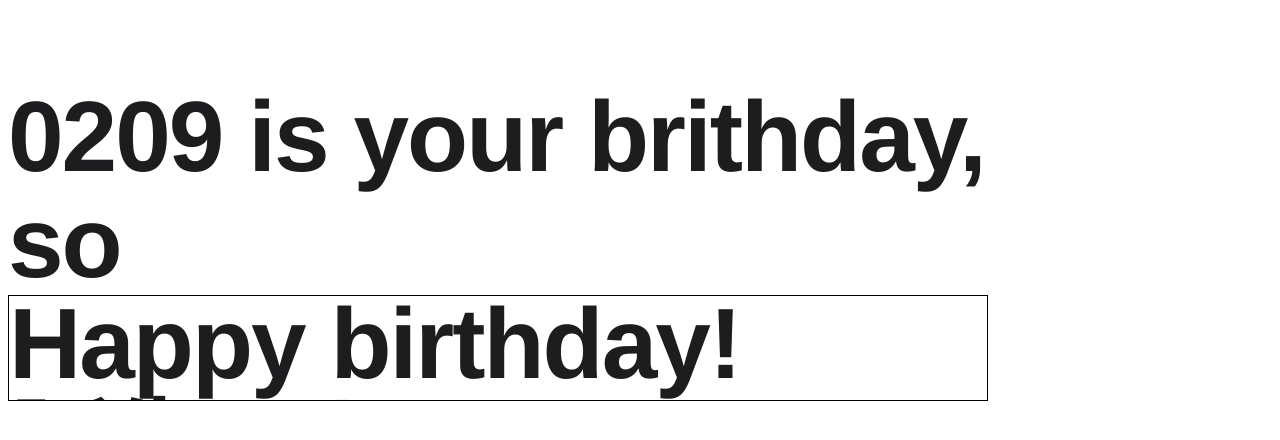
Repository: Caococos/02-09
Page: /
The author's editor kept a copy of each file at every save. The page is drawn from the files as they stood at one save, then again after the next save.
The browser window is 1280 px wide. The pictures show the whole page.
The project was rebuilt for these pictures with package versions that can differ from the ones it lists, and the page was loaded fresh each time. Also part of the build but not shown: vue.config.js.

Above is the page before, as saved 2021-06-11 21:53:47.

### src/App.vue
<!--
 * @Descripttion:
 * @version: 1.0
 * @Author: Zhihaot1
 * @Date: 2021-06-11 21:03:51
 * @LastEditors: Zhihaot1
 * @LastEditTime: 2021-06-11 21:30:25
-->
<template>
  <div id="app">
    <router-view />
  </div>
</template>

<style>
</style>

### src/router/index.js
/*
 * @Descripttion:
 * @version: 1.0
 * @Author: Zhihaot1
 * @Date: 2021-06-11 21:03:51
 * @LastEditors: Zhihaot1
 * @LastEditTime: 2021-06-11 21:34:08
 */
import Vue from 'vue'
import VueRouter from 'vue-router'
import Home from 'views/home/Home.vue'

Vue.use(VueRouter)

const routes = [
  {
    path: '',
    redirect: '/home'
  },
  {
    path: '/home',
    name: 'Home',
    component: Home
  },
  // {
  //   path: '/about',
  //   name: 'About',
  //   // route level code-splitting
  //   // this generates a separate chunk (about.[hash].js) for this route
  //   // which is lazy-loaded when the route is visited.
  //   component: () => import(/* webpackChunkName: "about" */ '../views/About.vue')
  // }
]

const router = new VueRouter({
  mode: 'history',
  base: process.env.BASE_URL,
  routes
})

export default router

### src/views/home/Home.vue
<template>
  <div class="home">
    <h2>0209 is your brithday, so
      <div class="mask">
        <span data-show>Happy birthday!</span>
        <span>С днем рождения!</span>
        <span>Joyeuse anniversaire!</span>
        <span>誕生日おめでと!</span>
      </div>
    </h2>
  </div>
</template>

<script>

export default {
  name: 'Home'
}
</script>
<style scoped>
h2 {
  width: 980px;
  font-size: 100px;
  font-family: Helvetica;
  line-height: 1.06;
  letter-spacing: -0.02em;
  color: #1d1d1f;
}

.mask {
  height: 104px;
  position: relative;
  overflow: hidden;
  border: 1px solid #000;
}

.mask span {
  display: block;
  box-sizing: border-box;
  position: absolute;
  top: 100px;
}

.mask span[data-show] {
  transform: translateY(-100%);
}

.mask span[data-up] {
  transform: translateY(-200%);
}
</style>

Loaded but not shown: public/index.html (common file); src/main.js (common file)

After the next save:
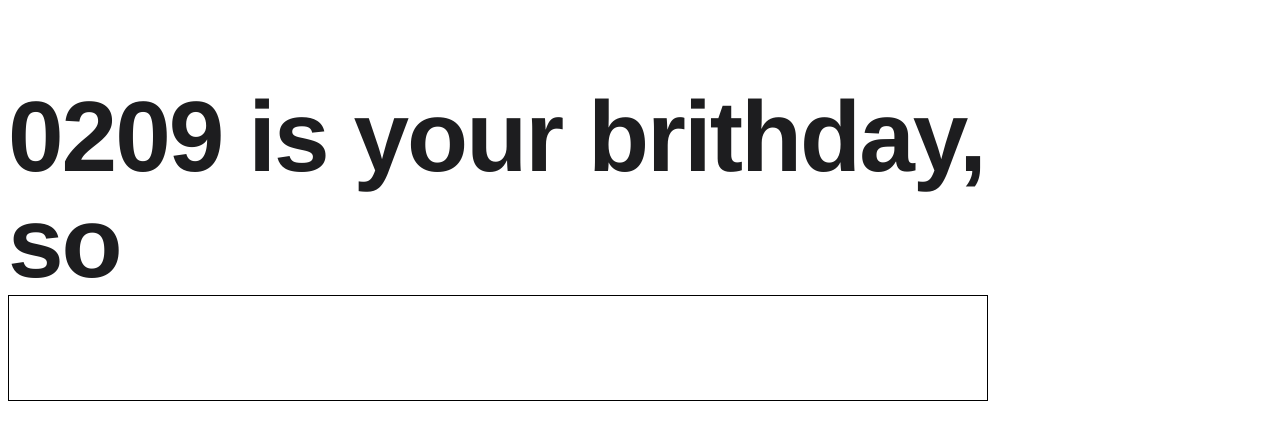
Saved 2 min 31 s later.
--- a/src/views/home/Home.vue
+++ b/src/views/home/Home.vue
@@ -39,6 +39,12 @@ h2 {
   box-sizing: border-box;
   position: absolute;
   top: 100px;
+
+  background-size: 100% 100%;
+  -webkit-background-clip: text;
+  background-clip: text;
+  -webkit-text-fill-color: transparent;
+  background-repeat: no-repeat;
 }
 
 .mask span[data-show] {
